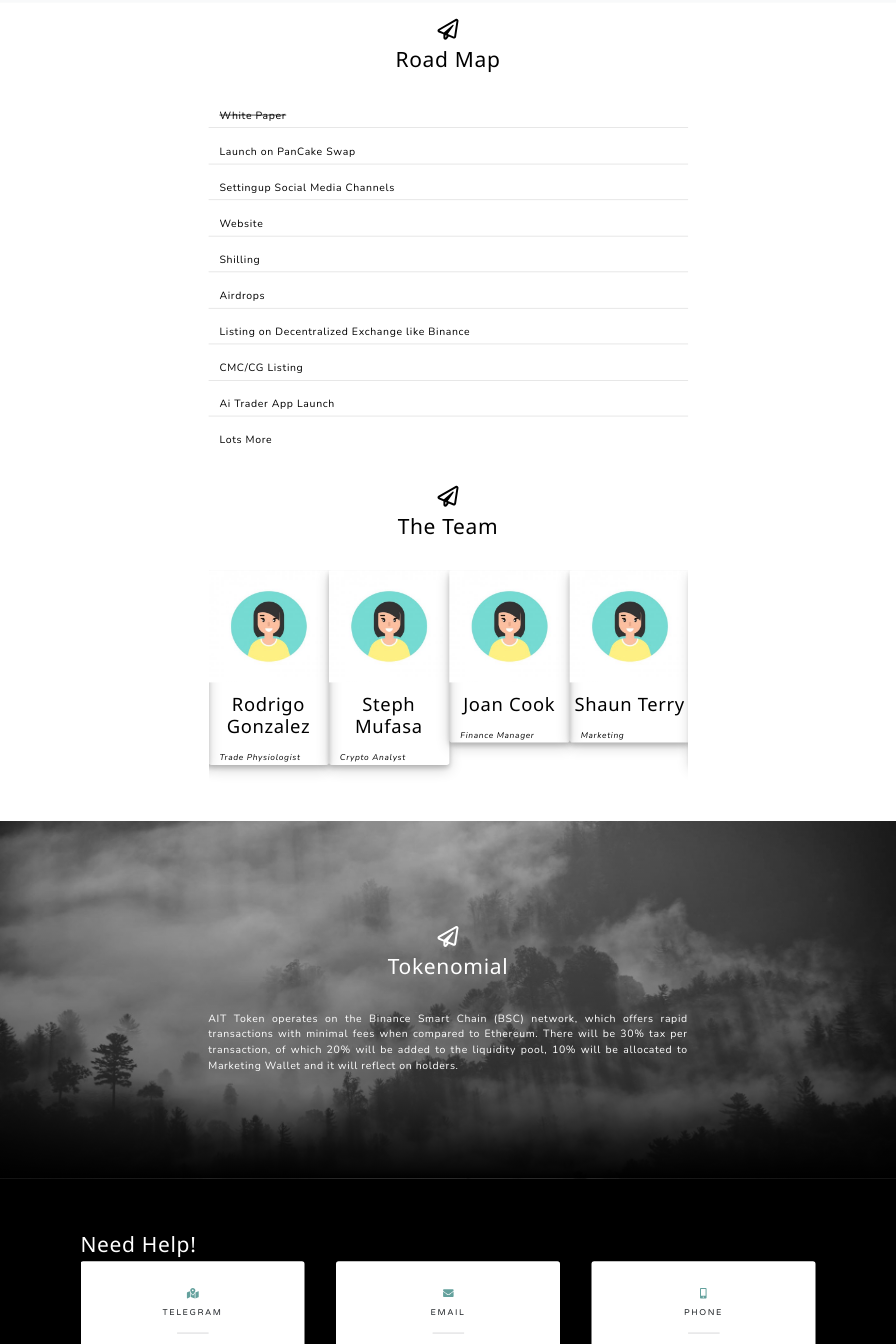
Repository: seyicoded/ico_one
Page: index.html
These files come from the project's save history. The page is drawn as it stood at one moment and after the next save; the edit follows.
The browser window is 1280 px wide. The pictures show the part of the page from y = 3017 to 4937 px (the page is 5294 px tall), at 70% of full size.

Above is the page before, as saved 2022-03-06 17:04:14.

### index.html
<!DOCTYPE html>
<html lang="en">
    <head>
        <meta charset="utf-8" />
        <meta name="viewport" content="width=device-width, initial-scale=1, shrink-to-fit=no" />
        <meta name="description" content="" />
        <meta name="author" content="" />
        <title>Ai-Trader</title>
        <link rel="icon" type="image/x-icon" href="assets/favicon.ico" />
        <!-- Font Awesome icons (free version)-->
        <script src="https://use.fontawesome.com/releases/v5.15.4/js/all.js" crossorigin="anonymous"></script>
        <!-- Google fonts-->
        <link href="https://fonts.googleapis.com/css?family=Varela+Round" rel="stylesheet" />
        <link href="https://fonts.googleapis.com/css?family=Nunito:200,200i,300,300i,400,400i,600,600i,700,700i,800,800i,900,900i" rel="stylesheet" />

        <link rel="stylesheet" type="text/css" href="slick/slick.css"/>
// Add the new slick-theme.css if you want the default styling
<link rel="stylesheet" type="text/css" href="slick/slick-theme.css"/>

        <!-- Core theme CSS (includes Bootstrap)-->
        <link href="css/w3.css" rel="stylesheet" />
        <link href="css/styles.css" rel="stylesheet" />
        <link href="css/animate.css" rel="stylesheet" />
        <link href="css/custom.css" rel="stylesheet" />
        <script src="js/jquery.js"></script>
        <script type="text/javascript" src="//code.jquery.com/jquery-migrate-1.2.1.min.js"></script>
        <script src="js/wow.js"></script>
        <script src="js/bs.js"></script>
        <script type="text/javascript" src="//cdn.jsdelivr.net/npm/slick-carousel@1.8.1/slick/slick.min.js"></script>
        <script type="text/javascript">
            //Initiat WOW JS
            window.onload = function(){
                $("#loaderr").hide();
                new WOW().init();
            }
            // new WOW().init();
        </script>
        <style>
            #loaderr{
                position: fixed;
                z-index: 99;
                top: 0;
                bottom: 0;
                left: 0;
                right: 0;
                background: linear-gradient(grey, black);
                display: flex;
                justify-content: center;
                align-items: center;
            }
            #skip-loader{
                position: fixed;
                bottom: 3%;
                right: 3%;
                background-color: transparent;
                color: white;
                border: none;
            }

            .w3-text-black *{
                color: black !important;
                margin-bottom: 16px;
            }
        </style>
    </head>
    <body id="page-top">
        <!--  loader start -->
        <div id="loaderr">
            <img src="assets/svg/Spin-0.5s-247px.svg" />
            <button id="skip-loader" onclick="$('#loaderr').hide()">skip</button>
        </div>
        <!-- loader stop -->

        <!-- Navigation-->
        <nav class="navbar navbar-expand-lg navbar-light fixed-top" id="mainNav">
            <div class="container px-4 px-lg-5">
                <a class="navbar-brand" href="#page-top">Ai-Trader</a>
                <button class="navbar-toggler navbar-toggler-right" type="button" data-bs-toggle="collapse" data-bs-target="#navbarResponsive" aria-controls="navbarResponsive" aria-expanded="false" aria-label="Toggle navigation">
                    Menu
                    <i class="fas fa-bars"></i>
                </button>
                <div class="collapse navbar-collapse" id="navbarResponsive">
                    <ul class="navbar-nav ms-auto">
                        <li class="nav-item"><a class="nav-link" href="#about">About</a></li>
                        <li class="nav-item"><a class="nav-link" href="#trade">How to Trade</a></li>
                        <li class="nav-item"><a class="nav-link" href="#roadmap">Road Map</a></li>
                        <li class="nav-item"><a class="nav-link" href="#team">The Team</a></li>
                        <li class="nav-item"><a class="nav-link" href="#token">Tokenomics</a></li>
                    </ul>
                </div>
            </div>
        </nav>
        <!-- Masthead-->
        <header class="masthead">
            <div class="container px-4 px-lg-5 d-flex h-100 align-items-center justify-content-center">
                <div class="d-flex justify-content-center">
                    <div class="text-center">
                        <h1 class="mx-auto my-0 text-uppercase wow fadeIn animated" data-wow-duration="1090ms" data-wow-delay="1000ms">We Got You Covered</h1>
                        <h2 class="text-white-50 mx-auto mt-2 mb-5 wow fadeIn animated" data-wow-duration="1090ms" data-wow-delay="1300ms">An Artificial Intelligence You Can Trust.</h2>
                        <a class="btn btn-white white wow fadeIn animated" style="font-weight: bolder;" href="#about"  data-wow-duration="1090ms" data-wow-delay="1600ms">Get Started</a>
                    </div>
                </div>
            </div>
        </header>
        <!-- About-->
        <section class="about-section text-center" id="about">
            <div class="container px-4 px-lg-5">
                <div class="row gx-4 gx-lg-5 justify-content-center">
                    <div class="col-lg-8">
                        <h2 class="text-white mb-4 wow fadeInLeft animated" data-wow-duration="600ms" data-wow-delay="400ms">About Ai-Trader</h2>
                        <p class="text-white-50 wow fadeInLeft animated" data-wow-duration="600ms" data-wow-delay="600ms">
                            The Crypto Market is a space with so many coins to buy, this can be a challenge for newbies and even "experienced hands". Why stress when there's rest in Ai-Trader. <br />
                            Ai-Trader is a trading App that trades on your behalf, with low risk and great reward. <br />
                            Ai-Trader is a system designed to save you time, mental stress of going through the details of different tokens. The bot checks the market for the best option and makes apt decisions to your advantage.
                        </p>
                    </div>
                    <img class="img-fluid" src="assets/img/robot-doing-data-analysis.svg" style="filter: grayscale(20%); position: absolute; opacity: 19%; height: 400px;" alt="..." />
                </div>
                <!-- <img class="img-fluid" src="assets/img/ipad.png" style="filter: grayscale(80%); position: absolute; opacity: 30%;" alt="..." /> -->
                <div style="height: 100px;">&nbsp;</div>
            </div>
        </section>
        <!-- Projects-->
        <section class="projects-section bg-light" id="trade">
            <div class="container px-4 px-lg-5">
                <h1 style="text-align: center; font-weight: bold;">Ai-Trader Simple Steps</h1>
                <br />
                <!-- Featured Project Row-->
                <div class="row gx-0 mb-4 mb-lg-5 align-items-center wow fadeInLeft animated" data-wow-duration="600ms" data-wow-delay="400ms">
                    <div class="col-xl-5 col-lg-5"><img class="img-fluid mb-3 mb-lg-0" src="assets/count/1.png" style="height: 300px; width: 100%; filter: grayscale(80);" alt="..." /></div>
                    <div class="col-xl-7 col-lg-7">
                        <div class="featured-text text-center text-lg-left">
                            <h4>Step One</h4>
                            <p class="text-black-50 mb-0">Choose the most stable coin or coin with high prospects of rising.!</p>
                        </div>
                    </div>
                </div>
                <!-- Project One Row-->
                <div class="row gx-0 mb-5 mb-lg-0 justify-content-center wow fadeInLeft animated" data-wow-duration="600ms" data-wow-delay="400ms">
                    <div class="col-lg-6"><img class="img-fluid" src="assets/count/2.png" style="filter: grayscale(80);" alt="..." /></div>
                    <div class="col-lg-6">
                        <div class="bg-black text-center h-100 project">
                            <div class="d-flex h-100">
                                <div class="project-text w-100 my-auto text-center text-lg-left">
                                    <h4 class="text-white">Two</h4>
                                    <p class="mb-0 text-white-50">Initiate a trade.</p>
                                    <hr class="d-none d-lg-block mb-0 ms-0" />
                                </div>
                            </div>
                        </div>
                    </div>
                </div>
                <!-- Project Two Row-->
                <div class="row gx-0 justify-content-center wow fadeInLeft animated" data-wow-duration="600ms" data-wow-delay="400ms">
                    <div class="col-lg-6"><img class="img-fluid" src="assets/count/3.png" style="filter: grayscale(80);" alt="..." /></div>
                    <div class="col-lg-6 order-lg-first">
                        <div class="bg-black text-center h-100 project">
                            <div class="d-flex h-100">
                                <div class="project-text w-100 my-auto text-center text-lg-right">
                                    <h4 class="text-white">Three</h4>
                                    <p class="mb-0 text-white-50">Takes you out of the trade after reaching the margin you've set.!</p>
                                    <hr class="d-none d-lg-block mb-0 me-0" />
                                </div>
                            </div>
                        </div>
                    </div>
                </div>
            </div>
        </section>
        <br />

        <section class="roadmap-section w3-text-black" id="roadmap">
            <div class="container px-4 px-lg-5">
                <div class="row gx-4 gx-lg-5">
                    <div class="col-md-10 col-lg-8 mx-auto text-center">
                        <i class="far fa-paper-plane fa-2x mb-2 text-white"></i>
                        <h2 class="text-white mb-5">Road Map</h2>

                        <div style="color: white; text-align: justify;">
                            <ul class="w3-ul">
                                <li style="text-decoration: line-through;">White Paper</li>
                                <li>Launch on PanCake Swap</li>
                                <li>Settingup Social Media Channels</li>
                                <li>Website</li>
                                <li>Shilling</li>
                                <li>Airdrops</li>
                                <li>Listing on Decentralized Exchange like Binance</li>
                                <li>CMC/CG Listing</li>
                                <li>Ai Trader App Launch</li>
                                <li>Lots More</li>
                            </ul>
                        </div>

                    </div>
                </div>
            </div>
        </section>

        <section class="team-section w3-text-black" id="team">
            <div class="container px-4 px-lg-5">
                <div class="row gx-4 gx-lg-5">
                    <div class="col-md-10 col-lg-8 mx-auto text-center">
                        <i class="far fa-paper-plane fa-2x mb-2 text-white"></i>
                        <h2 class="text-white mb-5">The Team</h2>

                        <div style="color: white; text-align: justify; background: white;">
                            <!-- Lorem ipsum dolor sit amet, consectetur adipiscing elit, sed do eiusmod tempor incididunt ut labore et dolore magna aliqua. Ut enim ad minim veniam, quis nostrud exercitation ullamco laboris nisi ut aliquip ex ea commodo consequat. Duis aute irure dolor in reprehenderit in voluptate velit esse cillum dolore eu fugiat nulla pariatur. Excepteur sint occaecat cupidatat non proident, sunt in culpa qui officia deserunt mollit anim id est laborum. -->

                            <div class="slick" data-slick='{"slidesToShow": 4, "slidesToScroll": 4}'>

                                <div class="w3-card-4 w3-round">
                                    <img src="assets//img/b2.jpg" width="100%" height="160" />
                                    <h3 class="w3-center">Rodrigo Gonzalez</h3>
                                    <small class="w3-small w3-margin" style="font-style: italic;">Trade Physiologist</small>
                                </div>

                                <div class="w3-card-4 w3-round">
                                    <img src="assets//img/b2.jpg" width="100%" height="160" />
                                    <h3 class="w3-center">Steph Mufasa</h3>
                                    <small class="w3-small w3-margin" style="font-style: italic;">Crypto Analyst</small>
                                </div>

                                <div class="w3-card-4 w3-round">
                                    <img src="assets//img/b2.jpg" width="100%" height="160" />
                                    <h3 class="w3-center">Joan Cook</h3>
                                    <small class="w3-small w3-margin" style="font-style: italic;">Finance Manager</small>
                                </div>

                                <div class="w3-card-4 w3-round">
                                    <img src="assets//img/b2.jpg" width="100%" height="160" />
                                    <h3 class="w3-center">Shaun Terry</h3>
                                    <small class="w3-small w3-margin" style="font-style: italic;">Marketing</small>
                                </div>

                                <div class="w3-card-4 w3-round">
                                    <img src="assets//img/b2.jpg" width="100%" height="160" />
                                    <h3 class="w3-center">Ralph Fredrick</h3>
                                    <small class="w3-small w3-margin" style="font-style: italic;">Partner/Investor</small>
                                </div>

                                <div class="w3-card-4 w3-round">
                                    <img src="assets//img/b2.jpg" width="100%" height="160" />
                                    <h3 class="w3-center">Ashley Kendall</h3>
                                    <small class="w3-small w3-margin" style="font-style: italic;">Partner</small>
                                </div>

                                <div class="w3-card-4 w3-round">
                                    <img src="assets//img/b2.jpg" width="100%" height="160" />
                                    <h3 class="w3-center">Alexander Kent</h3>
                                    <small class="w3-small w3-margin" style="font-style: italic;">Software Engineer</small>
                                </div>

                            </div>

                        </div>

                    </div>
                </div>
            </div>
        </section>

        <!-- Signup-->
        <section class="signup-section" id="token">
            <div class="container px-4 px-lg-5">
                <div class="row gx-4 gx-lg-5">
                    <div class="col-md-10 col-lg-8 mx-auto text-center">
                        <i class="far fa-paper-plane fa-2x mb-2 text-white"></i>
                        <h2 class="text-white mb-5">Tokenomial</h2>
                        <!-- * * * * * * * * * * * * * * *-->
                        <!-- * * SB Forms Contact Form * *-->
                        <!-- * * * * * * * * * * * * * * *-->
                        <!-- This form is pre-integrated with SB Forms.-->
                        <!-- To make this form functional, sign up at-->
                        <!-- https://startbootstrap.com/solution/contact-forms-->
                        <!-- to get an API token!-->
                        <div style="color: white; text-align: justify;">
                            AIT Token operates on the Binance Smart Chain (BSC) network, which offers rapid transactions with minimal fees when compared to Ethereum. There will be 30% tax per transaction, of which 20% will be added to the liquidity pool, 10% will be allocated to Marketing Wallet and it will reflect on holders.
                        </div>
                        <!-- <form class="form-signup" id="contactForm" data-sb-form-api-token="API_TOKEN">

                            <div class="row input-group-newsletter">
                                <div class="col"><input class="form-control" id="emailAddress" type="email" placeholder="Enter email address..." aria-label="Enter email address..." data-sb-validations="required,email" /></div>
                                <div class="col-auto"><button class="btn btn-primary disabled" id="submitButton" type="submit">Notify Me!</button></div>
                            </div>
                            <div class="invalid-feedback mt-2" data-sb-feedback="emailAddress:required">An email is required.</div>
                            <div class="invalid-feedback mt-2" data-sb-feedback="emailAddress:email">Email is not valid.</div>




                            <div class="d-none" id="submitSuccessMessage">
                                <div class="text-center mb-3 mt-2 text-white">
                                    <div class="fw-bolder">Form submission successful!</div>
                                    To activate this form, sign up at
                                    <br />
                                    <a href="https://startbootstrap.com/solution/contact-forms">https://startbootstrap.com/solution/contact-forms</a>
                                </div>
                            </div>




                            <div class="d-none" id="submitErrorMessage"><div class="text-center text-danger mb-3 mt-2">Error sending message!</div></div>
                        </form> -->
                    </div>
                </div>
            </div>
        </section>

        <!-- Contact-->
        <section class="contact-section bg-black">
            <div class="container px-4 px-lg-5">
                <h2 class="text-white">Need Help!</h2>

                <div class="row gx-4 gx-lg-5">
                    <div class="col-md-4 mb-3 mb-md-0">
                        <div class="card py-4 h-100">
                            <div class="card-body text-center">
                                <i class="fas fa-map-marked-alt text-primary mb-2"></i>
                                <h4 class="text-uppercase m-0">Telegram</h4>
                                <hr class="my-4 mx-auto" />
                                <div class="small text-black-50"><a href="https://t.me/AITRADERCOM">Click Here</a></div>
                            </div>
                        </div>
                    </div>
                    <div class="col-md-4 mb-3 mb-md-0">
                        <div class="card py-4 h-100">
                            <div class="card-body text-center">
                                <i class="fas fa-envelope text-primary mb-2"></i>
                                <h4 class="text-uppercase m-0">Email</h4>
                                <hr class="my-4 mx-auto" />
                                <div class="small text-black-50"><a href="mailto:contact@worldaitrader.com">contact@worldaitrader.com</a></div>
                            </div>
                        </div>
                    </div>
                    <div class="col-md-4 mb-3 mb-md-0">
                        <div class="card py-4 h-100">
                            <div class="card-body text-center">
                                <i class="fas fa-mobile-alt text-primary mb-2"></i>
                                <h4 class="text-uppercase m-0">Phone</h4>
                                <hr class="my-4 mx-auto" />
                                <div class="small text-black-50">+1 (555) 902-8832</div>
                            </div>
                        </div>
                    </div>
                </div>
                <div class="social d-flex justify-content-center">
                    <a class="mx-2" href="#!"><i class="fab fa-twitter"></i></a>
                    <a class="mx-2" href="#!"><i class="fab fa-facebook-f"></i></a>
                    <a class="mx-2" href="#!"><i class="fab fa-github"></i></a>
                </div>
            </div>
        </section>
        <!-- Footer-->
        <footer class="footer bg-black small text-center text-white-50"><div class="container px-4 px-lg-5">Copyright &copy; Ai-Trader 2021</div></footer>
        <!-- Bootstrap core JS-->
        <script src="https://cdn.jsdelivr.net/npm/bootstrap@5.1.3/dist/js/bootstrap.bundle.min.js"></script>
        <!-- Core theme JS-->
        <script src="js/scripts.js"></script>

        <script src="https://cdn.startbootstrap.com/sb-forms-latest.js"></script>

        <script>
            $('.slick').slick({
  slidesToShow: 3,
  slidesToScroll: 1,
  autoplay: true,
  autoplaySpeed: 2000,
})
        </script>
    </body>
</html>

### js/scripts.js
/*!
* Start Bootstrap - Grayscale v7.0.4 (https://startbootstrap.com/theme/grayscale)
* Copyright 2013-2021 Start Bootstrap
* Licensed under MIT (https://github.com/StartBootstrap/startbootstrap-grayscale/blob/master/LICENSE)
*/
//
// Scripts
//

window.addEventListener('DOMContentLoaded', event => {

    // Navbar shrink function
    var navbarShrink = function () {
        const navbarCollapsible = document.body.querySelector('#mainNav');
        if (!navbarCollapsible) {
            return;
        }
        if (window.scrollY === 0) {
            navbarCollapsible.classList.remove('navbar-shrink')
        } else {
            navbarCollapsible.classList.add('navbar-shrink')
        }

    };

    // Shrink the navbar
    navbarShrink();

    // Shrink the navbar when page is scrolled
    document.addEventListener('scroll', navbarShrink);

    // Activate Bootstrap scrollspy on the main nav element
    const mainNav = document.body.querySelector('#mainNav');
    if (mainNav) {
        new bootstrap.ScrollSpy(document.body, {
            target: '#mainNav',
            offset: 74,
        });
    };

    // Collapse responsive navbar when toggler is visible
    const navbarToggler = document.body.querySelector('.navbar-toggler');
    const responsiveNavItems = [].slice.call(
        document.querySelectorAll('#navbarResponsive .nav-link')
    );
    responsiveNavItems.map(function (responsiveNavItem) {
        responsiveNavItem.addEventListener('click', () => {
            if (window.getComputedStyle(navbarToggler).display !== 'none') {
                navbarToggler.click();
            }
        });
    });

});

Loaded but not shown: slick/slick.css (common file); slick/slick-theme.css (library); css/w3.css (library); css/styles.css (library); css/animate.css (library); js/jquery.js (library); js/wow.js (library); js/bs.js (library); css/custom.css (no stored copy; drawn as an empty file)

After the next save:
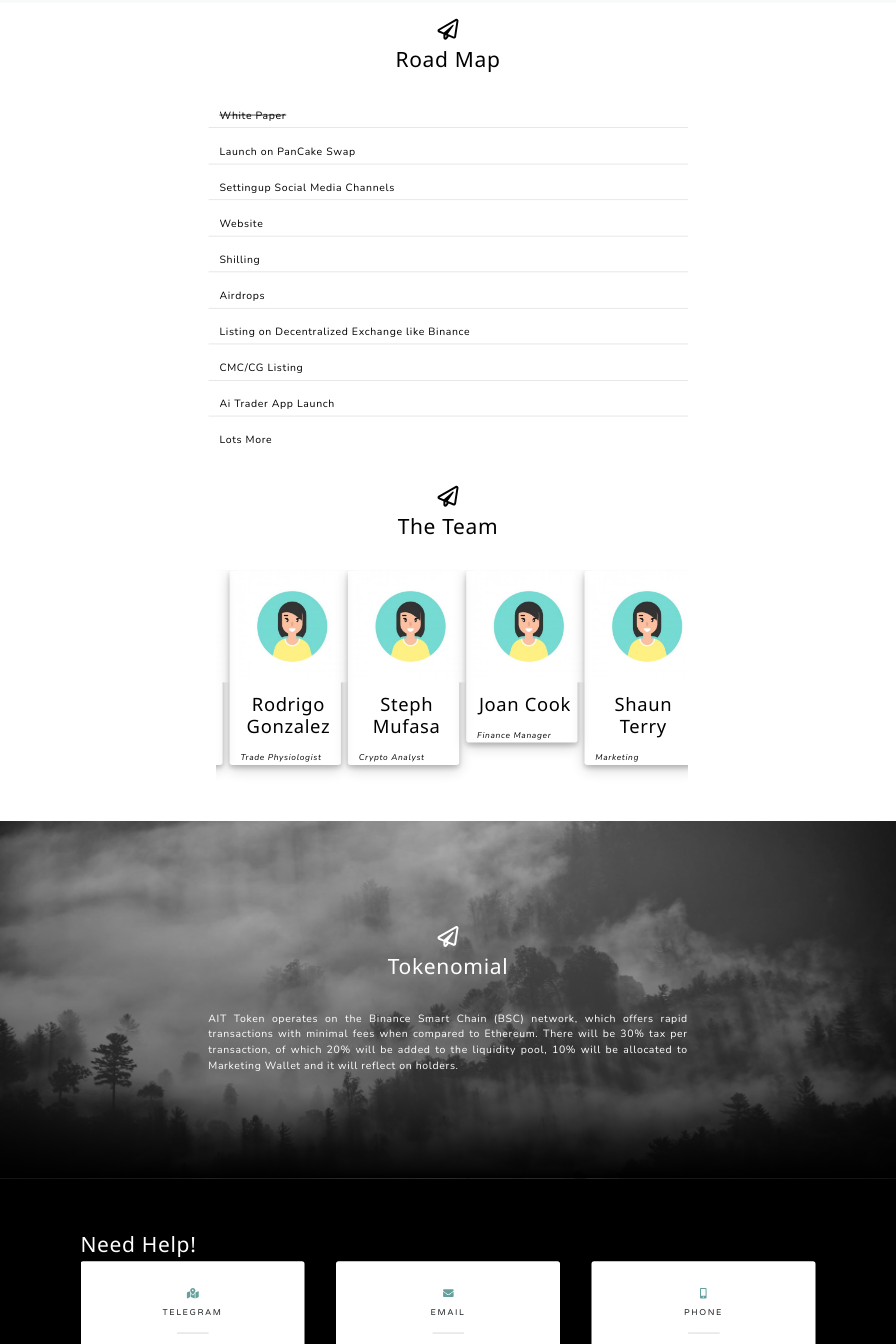
Saved 51 s later.
--- a/index.html
+++ b/index.html
@@ -61,6 +61,10 @@
                 color: black !important;
                 margin-bottom: 16px;
             }
+
+            .slick *{
+                margin-left: 10px;
+            }
         </style>
     </head>
     <body id="page-top">
